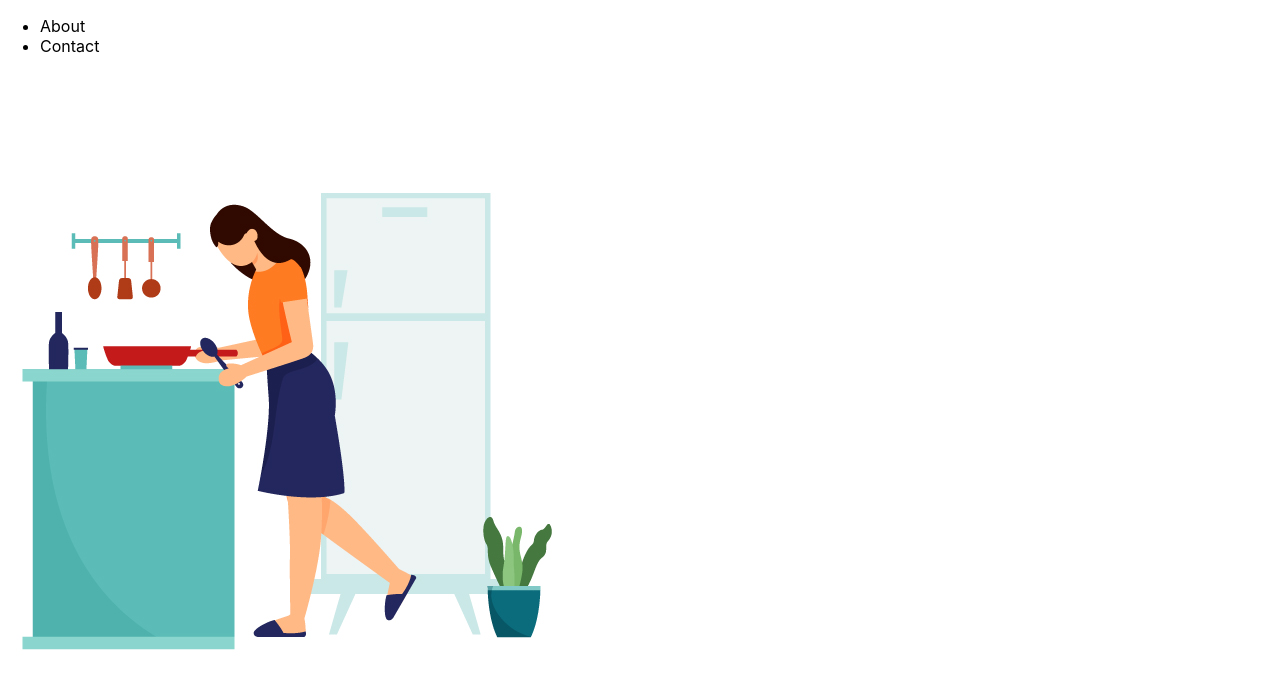
Repository: yuriko-pixel/recipe-typescript
Page: /
These files come from the project's save history. The page is drawn as it stood at one moment and after the next save; the edit follows.
The browser window is 1280 px wide. The pictures show the whole page.
The page's requests for data from a server got no answer. The project was rebuilt for these pictures with package versions that can differ from the ones it lists, and the page was loaded fresh each time. No one was signed in, and anything a server would have sent is missing. Also part of the build but not shown: src/components/RandomReipe.tsx.

Above is the page before, as saved 2021-05-21 19:32:41.

After the next save:
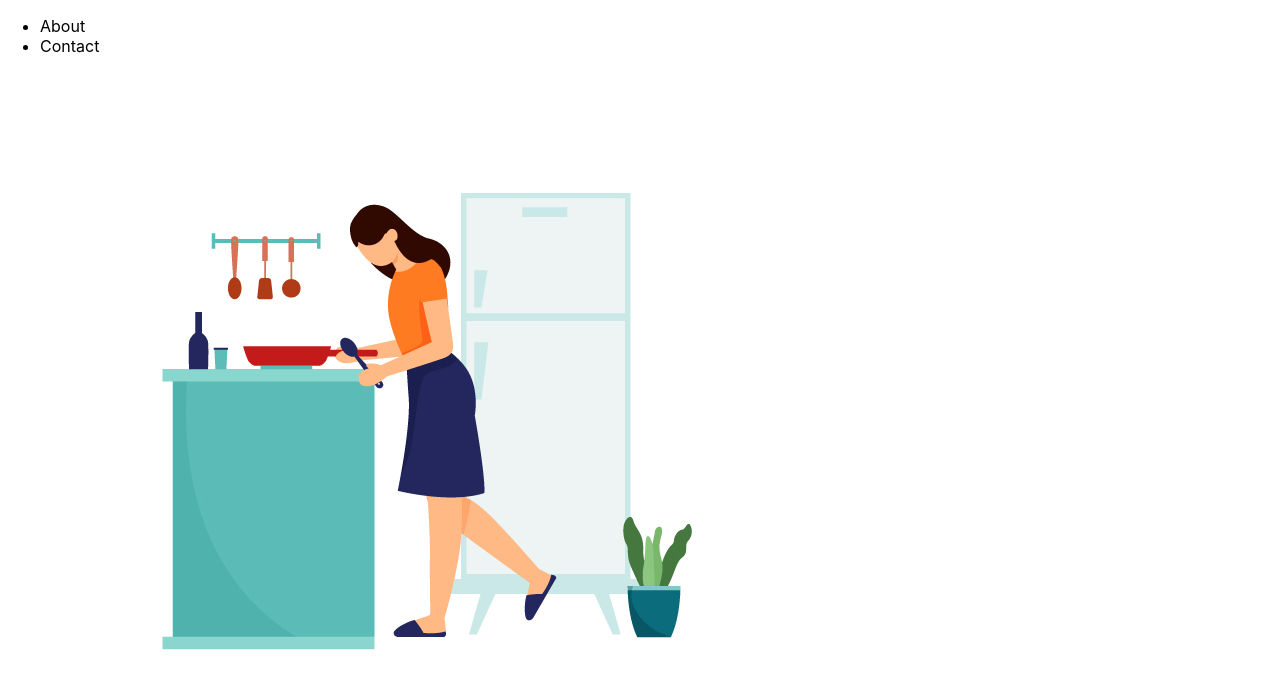
Saved 17 s later.
--- a/src/App.tsx
+++ b/src/App.tsx
@@ -19,10 +19,11 @@ function App() {
   return (
       <div className="App">
         <Navbar/>
+        <Wrapper>
         <Top/>
         {/* search bar */}
         {/* recipe varieties */}
-        <Wrapper>
+
           {recipe.map(recipe => <RecipeCard src={recipe.image} />)}
           </Wrapper>
       </div>
